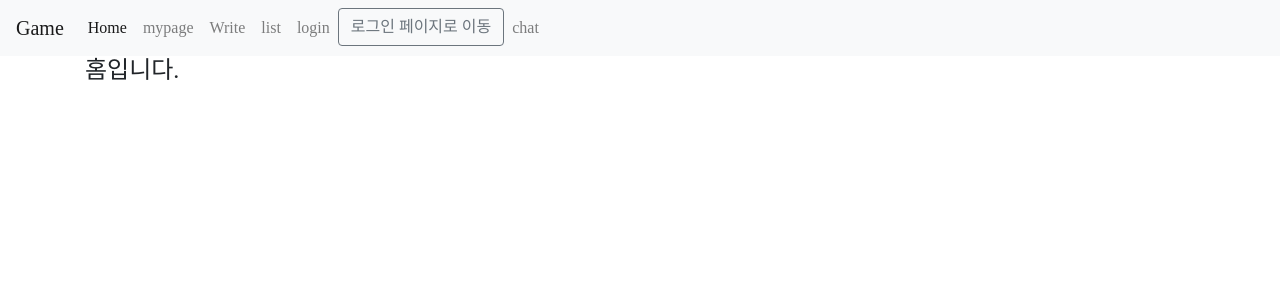
Repository: cyaninn-entj/Goorm-kdt-Project
Page: http://localhost/
The author's editor kept a copy of each file at every save. The page is drawn from the files as they stood at one save, then again after the next save.
The browser window is 1280 px wide. The pictures show the whole page.
The page is served by the project's Node server (server.js).

Above is the page before, as saved 2022-11-19 03:01:58.

### views/index.ejs
<!doctype html>
<html>

<head>
  <!-- Required meta tags -->
  <meta charset="utf-8">
  <meta name="viewport" content="width=device-width, initial-scale=1, shrink-to-fit=no">

  <!-- Bootstrap CSS -->
  <link rel="stylesheet" href="https://cdn.jsdelivr.net/npm/bootstrap@4.6.2/dist/css/bootstrap.min.css"
    integrity="sha384-xOolHFLEh07PJGoPkLv1IbcEPTNtaed2xpHsD9ESMhqIYd0nLMwNLD69Npy4HI+N" crossorigin="anonymous">
    <link rel="stylesheet" href="/public/main.css">
  <title>Hello, world!</title>
</head>

<body>
  <%- include('nav.html') %>

<h4 class="container">홈입니다.</h4>






  <!-- Optional JavaScript; choose one of the two! -->

  <!-- Option 1: jQuery and Bootstrap Bundle (includes Popper) -->
  <script src="https://cdn.jsdelivr.net/npm/jquery@3.5.1/dist/jquery.slim.min.js"
    integrity="sha384-DfXdz2htPH0lsSSs5nCTpuj/zy4C+OGpamoFVy38MVBnE+IbbVYUew+OrCXaRkfj"
    crossorigin="anonymous"></script>
  <script src="https://cdn.jsdelivr.net/npm/bootstrap@4.6.2/dist/js/bootstrap.bundle.min.js"
    integrity="sha384-Fy6S3B9q64WdZWQUiU+q4/2Lc9npb8tCaSX9FK7E8HnRr0Jz8D6OP9dO5Vg3Q9ct"
    crossorigin="anonymous"></script>

  <!-- Option 2: Separate Popper and Bootstrap JS -->
  <!--
    <script src="https://cdn.jsdelivr.net/npm/jquery@3.5.1/dist/jquery.slim.min.js" integrity="sha384-DfXdz2htPH0lsSSs5nCTpuj/zy4C+OGpamoFVy38MVBnE+IbbVYUew+OrCXaRkfj" crossorigin="anonymous"></script>
    <script src="https://cdn.jsdelivr.net/npm/popper.js@1.16.1/dist/umd/popper.min.js" integrity="sha384-9/reFTGAW83EW2RDu2S0VKaIzap3H66lZH81PoYlFhbGU+6BZp6G7niu735Sk7lN" crossorigin="anonymous"></script>
    <script src="https://cdn.jsdelivr.net/npm/bootstrap@4.6.2/dist/js/bootstrap.min.js" integrity="sha384-+sLIOodYLS7CIrQpBjl+C7nPvqq+FbNUBDunl/OZv93DB7Ln/533i8e/mZXLi/P+" crossorigin="anonymous"></script>
    -->
</body>

</html>

### views/nav.html
<nav class="navbar navbar-expand-lg navbar-light bg-light">
  <a class="navbar-brand" href="#">Game</a>
  <button class="navbar-toggler" type="button" data-toggle="collapse" data-target="#navbarNav" aria-controls="navbarNav"
    aria-expanded="false" aria-label="Toggle navigation">
    <span class="navbar-toggler-icon"></span>
  </button>


  <div class="collapse navbar-collapse" id="navbarNav">
    <ul class="navbar-nav">
      <li class="nav-item active">
        <a class="nav-link" href="/">Home <span class="sr-only">(current)</span></a>
      </li>
      <li class="nav-item">
        <a class="nav-link" href="/mypage">mypage</a>
      </li>

      <li class="nav-item">
        <a class="nav-link" href="/write">Write</a>
      </li>
      <li class="nav-item">
        <a class="nav-link" href="/list">list</a>
      </li>

      <li class="nav-item">
        <a class="nav-link" href="/login">login</a>
      </li>


      <form action="/login" method="GET">
        <button type="submit" class="btn btn-outline-secondary backtologin" href="/login" action="/login" method="GET">로그인
          페이지로 이동 </button>
      </form>

      <li class="nav-item">
        <a class="nav-link" href="/chat">chat</a>
      </li>


      </li>
    </ul>
  </div>
</nav>

### server.js
//환경 변수 저장
require('dotenv').config()

// express 라이브러리 첨부
const express =require('express');

//express 라이브러리 사용
const app = express();

const bodyParser= require('body-parser');
app.use(bodyParser.urlencoded({extended : true}));
// listen () 함수는 두개의 파라미터를 필요로 함
// listen(서버를 오픈할 포트번호, function(){서버가 오픈되면 실행할 코드})

app.set('view engine', 'ejs');

app.use('/public', express.static('public'));// public css 등록

const methodOverride = require('method-override')
app.use(methodOverride('_method'))

var db;

const MongoClient = require('mongodb').MongoClient; // 부르기
MongoClient.connect(process.env.DB_URL, function(에러, client){

  if(에러)  return console.log(에러);

  db= client.db('goorm-app');

  // db.collection('post').insertOne({이름: 'park', 나이 : 26 }, function(에러, 결과){
  //   console.log('저장완료');
  // });

  app.listen(process.env.PORT, function(){
    console.log(process.env.PORT+'번 포트로 접근 '); // 8080 포트로 들어오면 실행
  });

})


// app.listen(8080, function(){
//   console.log('listening on 8080'); // 8080 포트로 들어오면 실행
// });

app.get('/pet', function(요청, 응답){
 응답.send('펫쇼핑할 수 있는 사이트');
});

app.get('/beauty', function(요청, 응답){
  응답.send('뷰티용품 쇼핑 페이지임');
 });

 app.get('/', function(요청, 응답){
  // 응답.sendFile(__dirname + '/index.html');
  응답.render('index.ejs');
 });

 app.get('/write', function(요청, 응답){
  // 응답.sendFile(__dirname + '/write.html');
  응답.render('write.ejs');
 });



 app.get('/list',function(요청,응답){
  db.collection('post').find().toArray(function(에러, 결과){
    console.log(결과);
    //db 가져오면서 결과를 list.ejs 로 보내기
    //posts 라는 이름으로 결과를 보내기
    응답.render('list.ejs',{posts: 결과});
  });

  // 무슨 무슨 데이터를 꺼내주세요

 });



 //detail 로 접속하면 detail.ejs 보여줌

 app.get('/detail/:id', function(요청, 응답){
  db.collection('post').findOne({_id: parseInt(요청.params.id)}, function(에러, 결과){
    console.log(결과)
    응답.render('detail.ejs',{ data : 결과});
  })

 })

 app.get('/edit/:id',function(요청,응답){
  db.collection('post').findOne({_id: parseInt(요청.params.id)}, function(에러, 결과){
    console.log(결과)
    응답.render('edit.ejs',{post: 결과} ) // post 라는 이름으로 쏴주기
  })
 });

 app.put('/edit', function(요청, 응답){
  db.collection('post').updateOne( {_id : parseInt(요청.body.id) }, { $set : { 제목 : 요청.body.title , 날짜 : 요청.body.date }},
    function(에러,결과){

    console.log('수정완료')
    console.log(요청.body)
      응답.redirect('/list')
  });
});

const passport = require('passport');
const LocalStrategy = require('passport-local').Strategy;
const session = require('express-session');

app.use(session({secret : '비밀코드', resave : true, saveUninitialized: false}));
app.use(passport.initialize());
app.use(passport.session());

app.get('/login', function(요청, 응답){
  응답.render('login.ejs')
});

app.post('/login',passport.authenticate('local',{

  failureRedirect : '/fail'
}), function(요청, 응답){
  응답.redirect('/')
});

app.get('/fail', function(요청,응답){
응답.render('loginfail.ejs')
})


app.get('/mypage', 로그인했니,function (요청, 응답) {
  console.log(요청.user); //요청에 user deserialize 가 있다.
  응답.render('mypage.ejs', {사용자: 요청.user})
})

//로그인 여부를 확인하는 미들웨어
function 로그인했니(요청, 응답, next) {
  if (요청.user) {
    next()
  }
  else {
    응답.render('loginfail.ejs')
  }
}

passport.use(new LocalStrategy({
  usernameField: 'id', //form 의 name=id
  passwordField: 'pw', // form 의 name = pw
  session: true, // 세션으로 저장
  passReqToCallback: false,
}, function (입력한아이디, 입력한비번, done) {
  console.log(입력한아이디, 입력한비번);
  db.collection('login').findOne({ id: 입력한아이디 }, function (에러, 결과) {
    if (에러) return done(에러)

    if (!결과) return done(null, false, { message: '존재하지않는 아이디요' })
    if (입력한비번 == 결과.pw) {
      return done(null, 결과) // 여기서 로그인된 결과가 serializeUser 에 user
    } else {
      return done(null, false, { message: '비번틀렸어요' })
    }
  })
}));

// 세션을 저장시키는 코드 (로그인성공시)
passport.serializeUser(function (user, done) {
  done(null, user.id) // id를 이용하여 세셔능ㄹ 만듬
});

// 마이페이지에 접속할때 사용
passport.deserializeUser(function (아이디, done) {
  db.collection('login').findOne({ id: 아이디 }, function (에러, 결과) {
    done(null, 결과) // function 요청.user 에 담긴다.

  })
});

// 회원가입
app.post('/register', function (요청, 응답) {
  db.collection('login').insertOne({ id: 요청.body.id, pw: 요청.body.pw }, function (에러, 결과) {
    응답.redirect('/')
  })
})

app.post('/add',로그인했니,function(요청,응답){

  // 응답.send('전송완료')
  console.log(요청.body.title);
  console.log(요청.body.date);
  db.collection('counter').findOne({name: '게시물갯수'}, function(에러, 결과){
    console.log(결과.totalPost)
    var 총게시물갯수 = 결과.totalPost;
   var 저장할거 = {_id: 총게시물갯수+1,작성자 : 요청.user._id,작성자이름: 요청.user.id,제목: 요청.body.title, 날짜: 요청.body.date, };

    db.collection('post').insertOne(저장할거, function(){
      console.log('저장완료');
      // 콜백함수는 순차적  여기서 total +1 시켜야함
      db.collection('counter').updateOne({name: '게시물갯수' },{ $inc :{totalPost:1} },function(에러, 결과){ //총게시물 업데이트
        if(에러) {return console.log(에러)}
        응답.redirect('/list')
      });

    });

  });

   });

   app.delete('/delete', function(요청, 응답){
    console.log('삭제 요청');
   요청.body._id= parseInt(요청.body._id);

   var 삭제할데이터 = {_id : 요청.body._id, 작성자 :  요청.user._id}
    db.collection('post').deleteOne(삭제할데이터
      ,function(에러, 결과){
      console.log('삭제완료');
      // if(에러){console.log(에러)}
      if(에러){응답.status(401).send("작성자가 아닙니다.")}
      응답.status(200).send({message: '성공. '}); // 응답 확인하기


        }   )
   })

   // 챗 페이지로 이동
   app.get('/chat', 로그인했니, function(요청, 응답){

    db.collection('chatroom').find({ member : 요청.user._id }).toArray().then((결과)=>{
      console.log(결과);
      응답.render('chat.ejs', {data : 결과})
    })

  });

  const {ObjectId } = require('mongodb')


  app.post('/chatroom', function(요청, 응답){

    var 저장할거 = {
      title : '무슨무슨채팅방',
      member : [ObjectId(요청.body.당한사람id), 요청.user._id],
      date : new Date()
    }

    db.collection('chatroom').insertOne(저장할거).then(function(결과){
      응답.send('저장완료')
    });
  });

  app.post('/message', 로그인했니, function(요청, 응답){
    var 저장할거 = {
      parent : 요청.body.parent,
      userid : 요청.user._id,
      content : 요청.body.content,
      date : new Date(),
    }
    db.collection('message').insertOne(저장할거)
    .then((결과)=>{
      응답.send(결과);
    })
  });

  // 서버와 유저간 실시간 소통채널 열기

  app.get('/message/:id', 로그인했니, function(요청, 응답){

    응답.writeHead(200, {
      "Connection": "keep-alive",
      "Content-Type": "text/event-stream",
      "Cache-Control": "no-cache",
    });

    db.collection("message").find({ parent : 요청.params.id }).toArray()
    .then((결과)=>{
      console.log(결과);
      응답.write('event: test\n');
      응답.write('data: ' +JSON.stringify(결과) + '\n\n');
    });

   const pipeline = [
      {$match: { "fullDocument.parent" : 요청.params.id}}
   ];
   const collection = db.collection("message");
   const changeStream = collection.watch(pipeline);
   changeStream.on("change", (result)=>{
    응답.write("event: test\n");
    응답.write("data:" + JSON.stringify([result.fullDocument]) +"\n\n");
   })


  });

  app.get('/logout',로그인했니, function(요청,응답){
   요청.logout(function(에러){
    if(에러){ return next(err);}
    응답.redirect('/login');
   }) ;
  })

### public/main.css
body{
  font-family: 'nanumsquare';
}

.chat-content {
  height: 450px;
  overflow-y: scroll;
  padding: 10px;
}
.chat-content li {
  margin-top: 10px;
  list-style: none;
}
.text-small {
  font-size: 12px;
  color: gray;
  margin-bottom: 0;
}
.chat-box {
  background: #eee;
  padding: 5px;
  border-radius: 5px;
  float: left;
}
.mine {
  float: right;
}

After the next save:
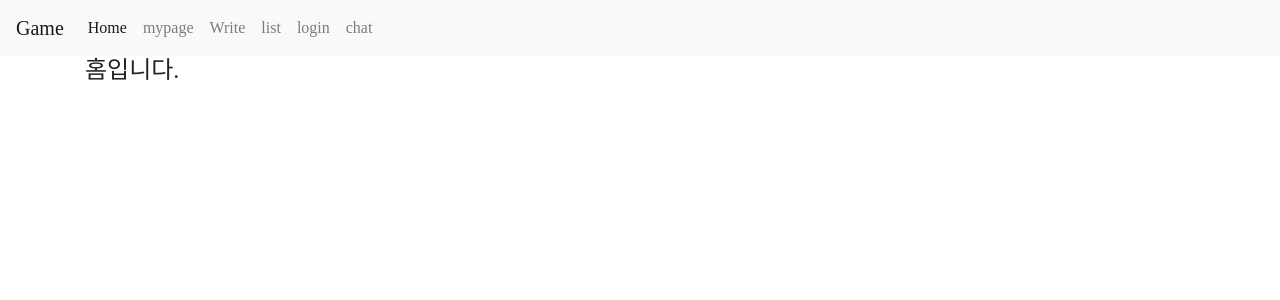
Saved 4 s later.
--- a/views/nav.html
+++ b/views/nav.html
@@ -27,10 +27,7 @@
       </li>
 
 
-      <form action="/login" method="GET">
-        <button type="submit" class="btn btn-outline-secondary backtologin" href="/login" action="/login" method="GET">로그인
-          페이지로 이동 </button>
-      </form>
+
 
       <li class="nav-item">
         <a class="nav-link" href="/chat">chat</a>
